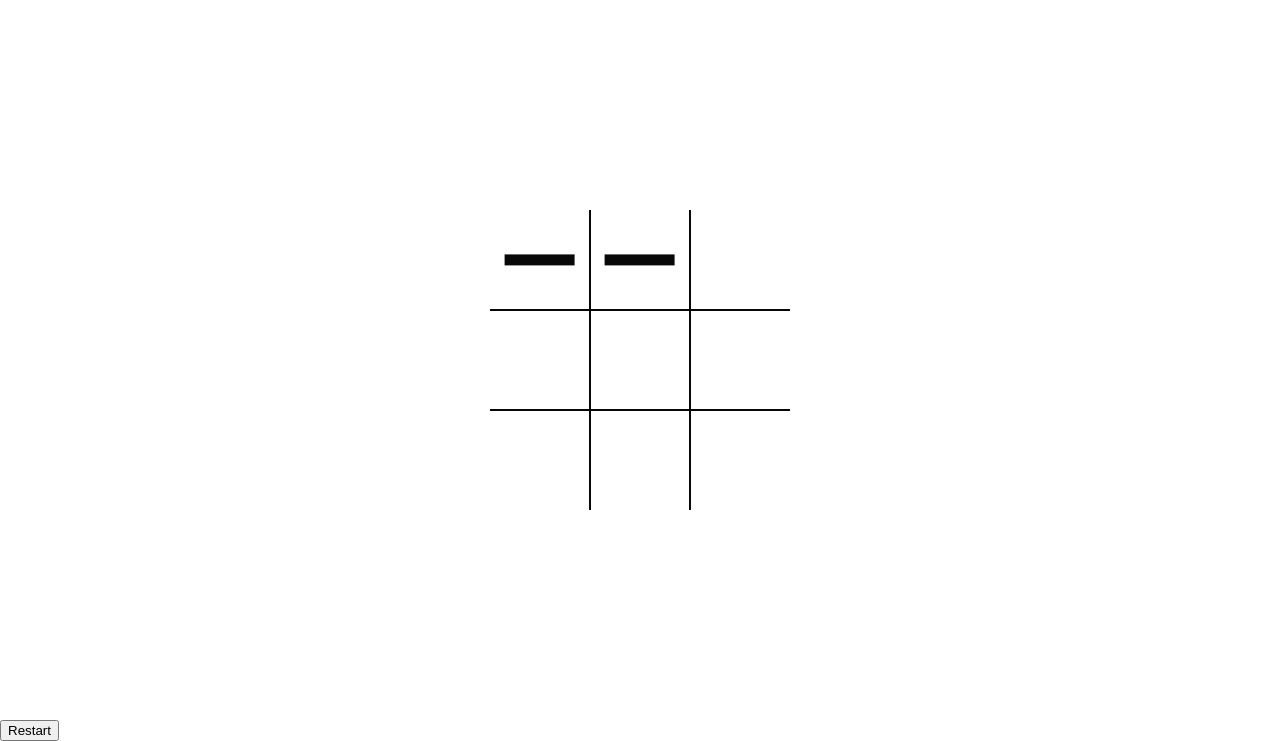
Repository: kkyler24/MCLA
Page: devFiles/TictactoeFiles/ticTacToe.html
These files come from the project's save history. The page is drawn as it stood at one moment and after the next save; the edit follows.
The browser window is 1280 px wide. The pictures show the whole page.

Above is the page before, as saved 2020-04-17 13:26:46.

After the next save:
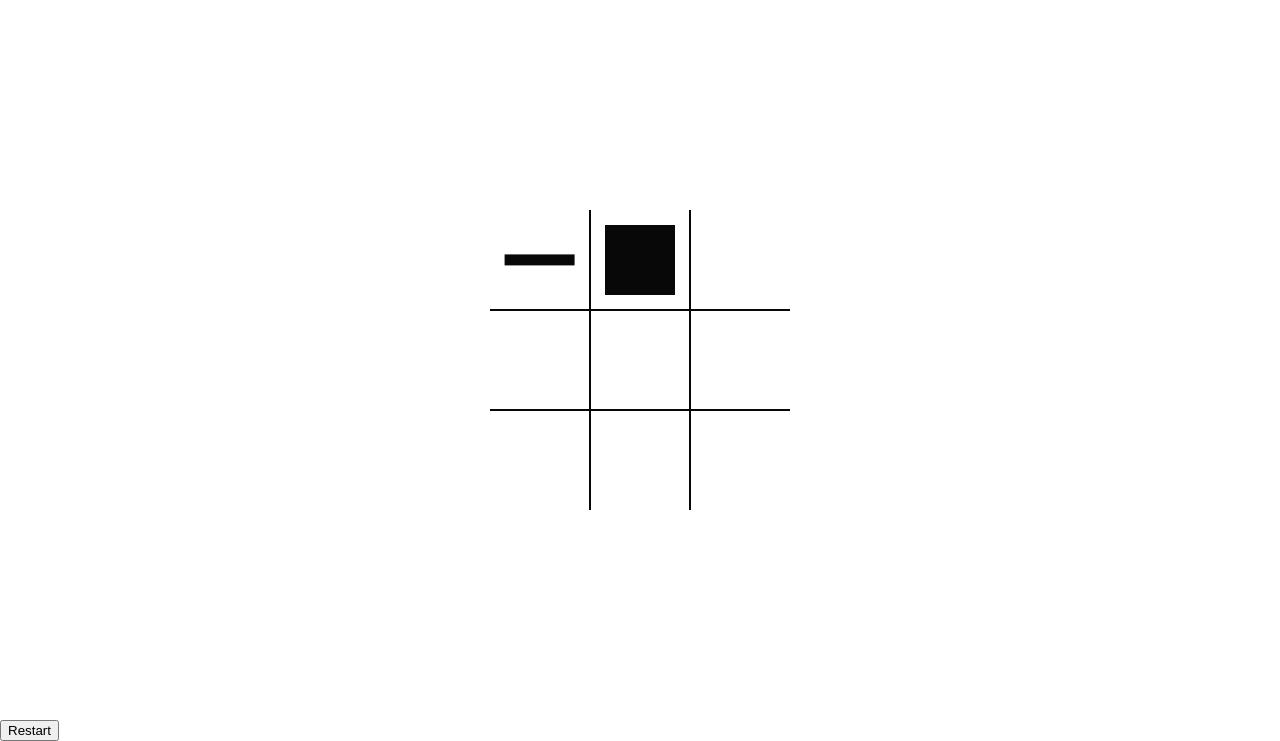
Saved 96 s later.
--- a/devFiles/TictactoeFiles/tictactoe.css
+++ b/devFiles/TictactoeFiles/tictactoe.css
@@ -64,11 +64,12 @@ body{
 
 .cellBOne.circle::before{
     content: "";
-    width: calc(var(--mark-size)*.16);
-    /* controls the height of the dashes */
-    transform: rotate(90deg);
+    position: absolute;
+    width: var(--mark-size);
+    /* controls the height of the cricles */
+    /* transform: rotate(90deg); */
     height: var(--mark-size);
     background-color: rgb(8, 8, 8);
     /* controls how the dashes look */
-    position: ;
+
 }
